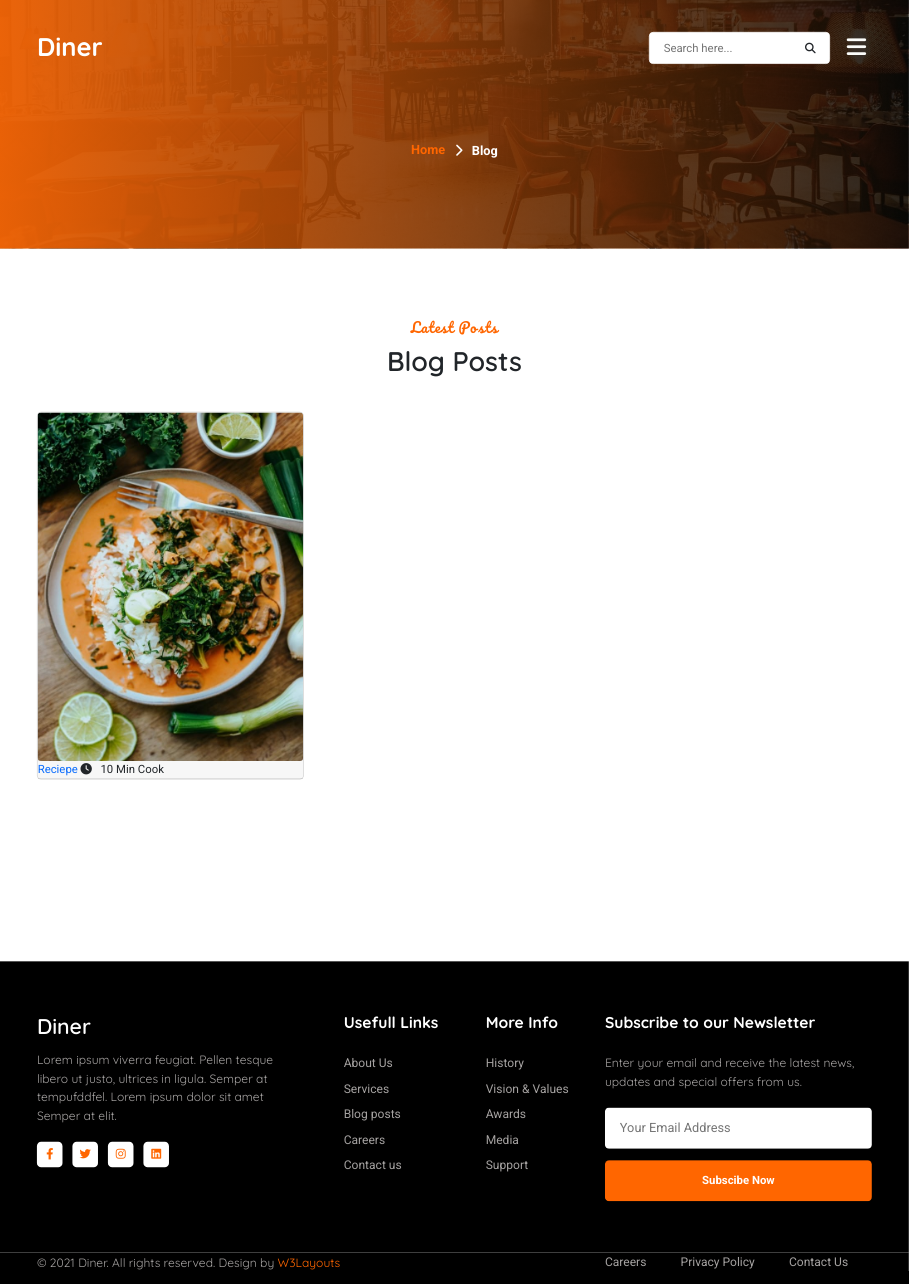
Repository: minhtrivu6199/Diner
Page: blog.html
The author's editor kept a copy of each file at every save. The page is drawn from the files as they stood at one save, then again after the next save.
The browser window is 1280 px wide. The pictures show the whole page, at 71% of full size.
Backgrounds fixed to the window are drawn as part of the page. The style sheet was rebuilt from its Sass, Less or Tailwind sources for each picture, by a compiler version that may differ from the author's.

Above is the page before, as saved 2022-10-11 23:37:11.

After the next save:
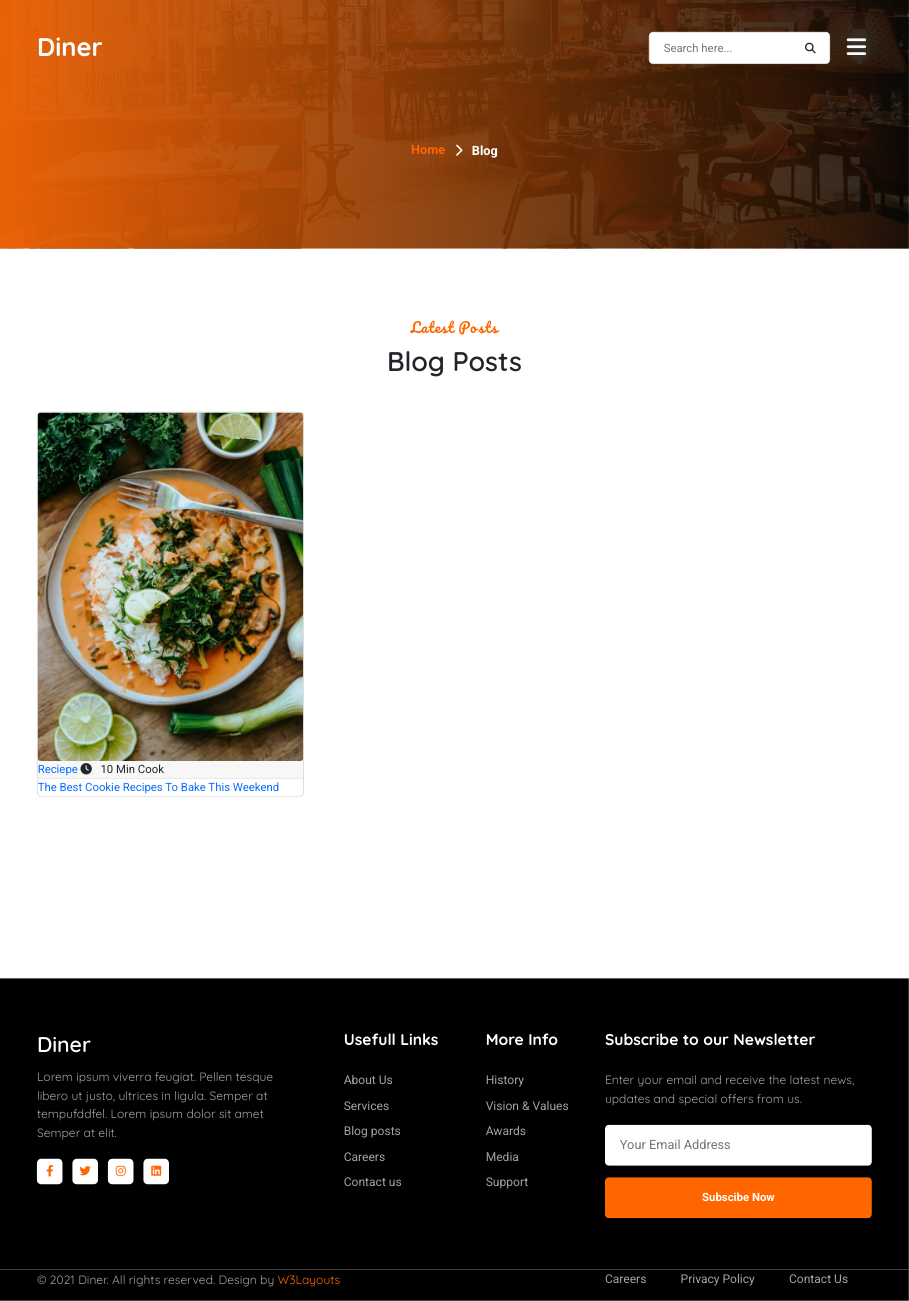
Saved 69 s later.
--- a/blog.html
+++ b/blog.html
@@ -145,7 +145,11 @@
                                         </span>
                                     </div>
                                 </div>
-                                <div class="card-body p-0 card-details"></div>
+                                <div class="card-body p-0 card-details">
+                                    <a href="" class="card-desc">
+                                        The Best Cookie Recipes To Bake This Weekend
+                                    </a>
+                                </div>
                             </div>
                         </div>
                         <div class="col-md-6 item mt-lg-0 mt-5"></div>
